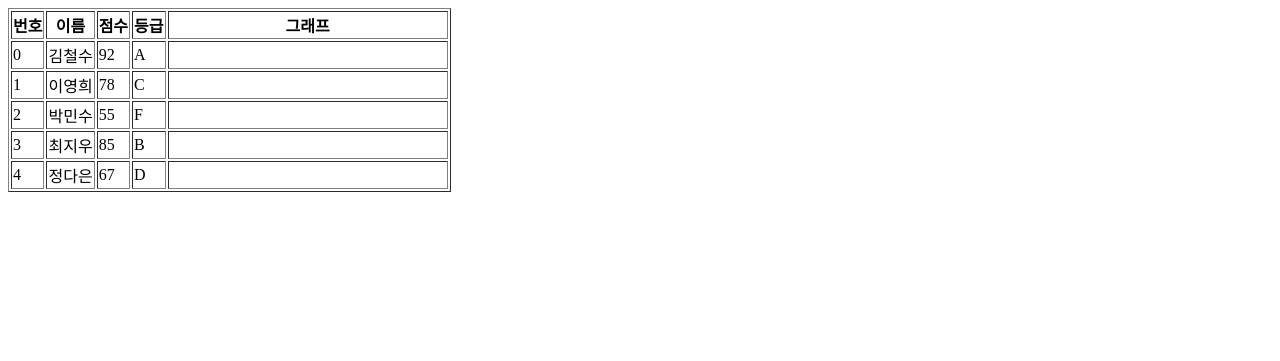
Repository: tldnwkd/jspclass2026
Page: http://localhost/chapter01/example_score.jsp
The author's editor kept a copy of each file at every save. The page is drawn from the files as they stood at one save, then again after the next save.
The browser window is 1280 px wide. The pictures show the whole page.
The page is served by Tomcat 9.

Above is the page before, as saved 2026-10-16 05:14:57.

### chapter01/src/main/webapp/example_score.jsp
<%@ page language="java" contentType="text/html; charset=UTF-8"
    pageEncoding="UTF-8" import="java.util.*"%>
<!DOCTYPE html>
<html>
<head>
<meta charset="UTF-8">
<title>Insert title here</title>
</head>
<body>
	<%!
		String[] names = {"김철수", "이영희", "박민수", "최지우", "정다은"};
		int[] scores = {92, 78, 55, 85, 67};

		 public char getGrade(int score){
			 char result;
			 if(score>=90){
				 result = 'A';
			 }else if(score>=80){
				 result = 'B';
			 }else if(score>=70){
				 result = 'C';
			 }else if(score>=60){
				 result = 'D';
			 }else{
				 result = 'F';
			 }
			 return result;
		 };
	%>
	<table border="1">
	<tr>
	<th>번호</th><th>이름</th><th>점수</th><th>등급</th><th>그래프</th>
	</tr>
	<tr>
	<% for(int i=0; i<names.length; i++) {%>
		<td><%=i%></td>
		<td><%= names[i] %></td><td><%=scores[i]%></td>
		<td><%= getGrade(scores[i]) %></td>
		<td><div style="width:<%=scores[i]*3%>px; background-color:#ffcccc; height:100%;"></div></td>
		</tr>
	<%} %>
	</table>
</body>
</html>

After the next save:
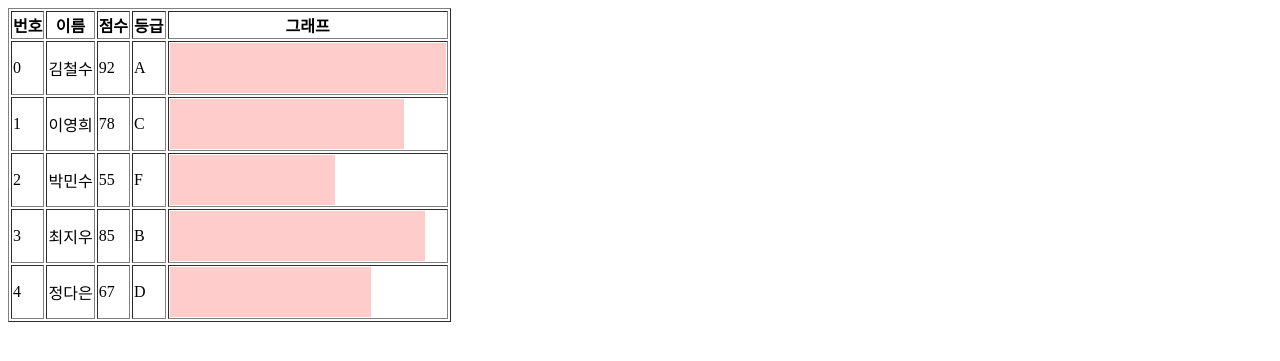
Saved 10 s later.
--- a/chapter01/src/main/webapp/example_score.jsp
+++ b/chapter01/src/main/webapp/example_score.jsp
@@ -36,7 +36,7 @@
 		<td><%=i%></td>
 		<td><%= names[i] %></td><td><%=scores[i]%></td>
 		<td><%= getGrade(scores[i]) %></td>
-		<td><div style="width:<%=scores[i]*3%>px; background-color:#ffcccc; height:100%;"></div></td>
+		<td><div style="width:<%=scores[i]*3%>px; background-color:#ffcccc; height:50px;"></div></td>
 		</tr>
 	<%} %>
 	</table>
